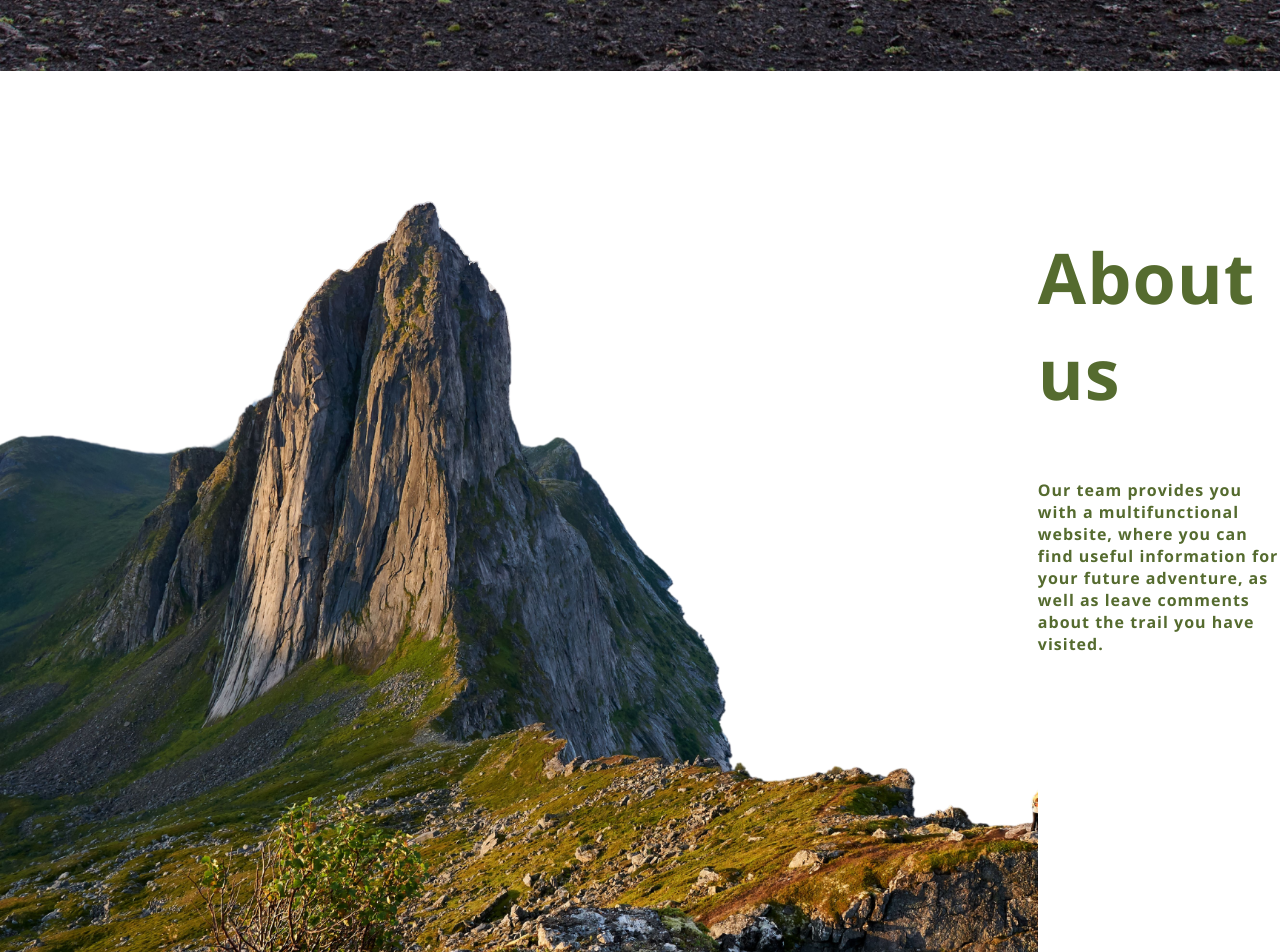
Repository: artembundin/travelrus.github.io
Page: index.html
These files come from the project's save history. The page is drawn as it stood at one moment and after a run of saves; the edit follows.
The browser window is 1280 px wide. The pictures show the part of the page from y = 2629 to 3581 px (the page is 4792 px tall).
A picture or video elsewhere on the page could not be fetched, so the positions and the page height are approximate. An inner scrolling area shows only its first screen. Backgrounds fixed to the window are drawn as part of the page. Some web fonts or font styles are not loaded; a fallback is used.

Above is the page before, as saved 2025-05-08 02:01:30.
Console error: TypeError: Cannot read properties of null (reading 'offsetTop')

### index.html
<!DOCTYPE html>
<html lang="en">
  <head>
    <meta charset="UTF-8" />
    <meta name="viewport" content="width=device-width, initial-scale=1.0" />
    <title>Document</title>
    <link rel="stylesheet" href="style.css" />
  </head>
  <body>
    <header class="header">
      <div class="container-header">
        <img src="icons/TRAIL TRIBE (3).svg" alt="" class="anim header-logo" />
        <ul class="header-list">
          <li><a class="active" href="/">HOME</a></li>
          <li><a href="#join">BLOG</a></li>
          <li><a href="#inf">DISCOVER</a></li>
          <li><a href="#aboutus">ABOUT AS</a></li>
        </ul>
      </div>
    </header>
    <main class="main">
      <section class="join" id='join'>
        <div class="join-container">
          <div class="text_section">
            <h2>Featured Items</h2>
            <p>
              These are some of the basic things that will be useful to you on a
              hike. See the full list on our blog.
            </p>
          </div>
          <a href="#" class="btn_list" id="newPageButton">BLOG</a>
        </div>
      </section>
      <section class="inf" id='inf'>
        <div class="inf-container">
          <h2 class="inf-caption animate-slidein">Find our most popular camps</h2>
          <div class="cards">
              <div class="cards-content">
                <a href="map.html#mapstore">
                  <img src="images/bvt.jpeg" alt="" class="img">
                </a>
                <div class="cards-text">
                  <h4 class="cards-title">The Big Valdai Trail</h4>
                  <p class="cards-sub-title">Its uniqueness lies in the change of ecological systems: spruce-fir forest, broad-leaved forest, pine forest.</p>
                </div>
              </div>
            <div class="cards-content">
              <a href="map.html#mapstore2">
                <img src="images/30.jpeg" alt="" class="img">
              </a>
              <div class="cards-text">
                <h4 class="cards-title">Through the Mountains to the Sea</h4>
                <p class="cards-sub-title">One of the oldest, most popular traveled tourist routes in the Soviet Union.</p>
              </div>
            </div>
            <div class="cards-content">
              <a href="map.html#mapstore3">
                <img src="images/btt.jpeg" alt="" class="img">
              </a>
              <div class="cards-text">
                <h4 class="cards-title">The Great Baikal Trail</h4>
                <p class="cards-sub-title">The trail will connect three national parks and three reserves.</p>
              </div>
            </div>
          </div>
        </div>
      </section>
      <section class="aboutus" id='aboutus'>
        <div class="aboutus-container">
          <div class="aboutus-image animate-slideleft"></div>
          <div class="aboutus-text animate-slideright">
            <h2 class="aboutus-title">About us</h2>
            <p class="aboutus-sub-title">Our team provides you with a multifunctional website, where you can find useful information for your future adventure, as well as leave comments about the trail you have visited.</p>
          </div>
        </div>
      </section>
      <section class="stuff-list">
      <h2 class="stuff-list-caption animate-appeir">That is useful for any hike</h2>
      <div class="item">
        <div class="stuff-list-container animate-appeir">
            <div class="stuff-item">
                    <p class="item1_title">Knife</p>
                    <img src="images/knife.svg" alt="/" id="item1">
            </div>
            <div class="stuff-item">
                    <p class="item2_title">Sleeping-bag</p>
                    <img src="images/sleepingbag.svg" alt="/" id="item2">
            </div>
            <div class="stuff-item">
                    <p class="item3_title">Tent</p>
                    <img src="images/tent.svg" alt="/" id="item3">
            </div>
          </div>
      </div>
    </section>
  </main>
  <script src="animation.js"></script>
  </body>
</html>




<!--<h2 class="stuff-list-caption">That is useful for any hike</h2>-->

### style.css
@font-face {
  font-family: 'OpenSans';
  src: url(fonts/OpenSans-Regular.woff2) format('woff2');
  font-weight: 400;
  font-style: normal;
  font-display: swap;
}
@font-face {
  font-family: 'OpenSans';
  src: url(fonts/OpenSans-Bold.woff2) format('woff2');
  font-weight: 700;
  font-style: normal;
  font-display: swap;
}


body {
  margin: 0;
  font-family: 'OpenSans';
  background-color: white;
  color: white;
  font-weight: 550;
}

ul {
  list-style: none;
  padding: 0;
  margin: 0;
}

a {
  text-decoration: none;
  color: white;
}

p {
  display: flex;
  /*animation: pfade linear both;
  animation-timeline: view();
  animation-range: entry 50% cover 50%;*/
}


h1, h2, h3, h4, h5, h6 {
  display: flex;
  /*animation: pfade linear both;
  animation-timeline: view();
  animation-range: entry 50% cover 50%;*/
}


/*@keyframes pfade {
  from {
    opacity: 0;
  }
  to {
    opacity: 1;
  }
} */

a {
  text-decoration: none;
}

/*Шапка*/

.header {
  position: relative;
  text-align: center;
  background-image: url(images/hiking3.jpeg);
  background-attachment: fixed;
  background-size: cover;
  background-position: center;
}

.container-header {
  display: flex;
  flex-direction: column;
  align-items: center;
  max-width: 1200px;
  height: 900px;
  margin-left: auto;
  margin-right: auto;
  overflow-x: hidden;
  padding: 0 15px;
}

.header-logo {
  width: 600px;
  height: 600px;
}



.header-img {
  position: absolute;
  width: 100%;
  height: auto;

  background-image: url(images/hiking3.jpeg);
  /*background-attachment: fixed;
    background-size: cover;
    background-position: center;*/
  z-index: -1;
}

.header-list {
  display: flex;
  gap: 40px;
  margin-top: -100px;
  text-decoration: underline;
  text-underline-offset: 10px;
  opacity: 0.6;
  font-weight: 600;
  font-size: 25px;
  letter-spacing: 3px;
}


/*СЕКЦИЯ 1*/

.main {
  display: inline;
}


.join {
  background-image: url('images/cloudmount.png');
  background-size: cover;
  background-repeat: no-repeat;
  animation: pfade linear both;
  animation-timeline: view();
  animation-range: entry 50% cover 50%;
}

@keyframes pfade {
  from {
    opacity: 0;
  }
  to {
    opacity: 1;
  }
}

.join-container {
  display: flex;
  max-width: 1500px;
  height: 900px;
  margin-left: auto;
  margin-right: auto;
  overflow-x: hidden;
  padding: 0 15px;
}


.text_section {
  width: 330px;
  height: 500px;
  padding: 100px;
  color: darkolivegreen;
}

.text_section p {
  letter-spacing: 1px;
}

.text_section h2 {
  font-size: 70px;
  font-weight: 700;
}

/*Кнопка*/

.btn_list {
  position: relative;
  text-align: center;
  padding: 5px 10px;
  width: 200px;
  height: 30px;
  top: 550px ;
  right: 430px;
  font-size: 20px;
  color: darkolivegreen;

  background-color: white;
  border-radius: 17px;
  box-shadow: 5px 5px 5px 3px #8a8a8a;
  cursor: pointer;
  transition: .3s;
}

.btn_list:active {
  transform: translateY(4px);
  box-shadow: 0 5px 0 darkgreen;
}


/*Конец кнопки*/



/*СЕКЦИЯ 2*/

.inf {
  background-image: url(images/holm.png);
  background-attachment: fixed;
  background-size: 1500px 900px;
  background-repeat: no-repeat;
  color: #AFD2F2;

}


.inf-caption {
  display: flex;
  justify-content: center;
  font-size: 60px;
  font-weight: 700;
  margin-top: 100px;
  margin-bottom: 200px;

  color: white;
}

@keyframes slidein {
  from {
    transform: translateX(-100%);
    opacity: 0;
  }
  to {
    transform: translateX(0);
    opacity: 1;
  }
}

.inf-caption.animate-slidein {
  animation: slidein;
  animation-duration: 2s;
  animation-timing-function: linear forwards;
  animation-iteration-count: 1;
}

.inf-container {
  max-width: 1500px;
  height: 900px;
  margin-left: auto;
  margin-right: auto;
  overflow-x: hidden;
  padding: 0 15px;
}

@keyframes fadein {
  from {
    opacity: 0;
  }
  to {
    opacity: 1;
  }
}

.cards {
  display: flex;
  justify-content: center;
  gap: 100px;
  animation: pfade linear both;
  animation-timeline: view();
  animation-range: entry 50% cover 50%;
}

.cards-content {
  display: flex;
  position: relative;
  justify-content: center;
  align-items: center;
  overflow: hidden;




  /*width: 400px;
  border-radius: 20px;
  margin-top: 200px;
  text-align: center;*/
}


.img {
  width: 400px;
  height: 300px;
  border: 3px solid #2E2C33;




  /*max-width: 100%;
  height: 350px;
  object-fit: cover;
  border-radius: 15px;*/
}

.cards-text {
  width: 200px;
  height: 200px;
  background-color: white;
  padding: 1.5rem 2rem;
  box-shadow: 0 8px 24px hsla(0, 0%, 0%, .15);
  border-radius: 1rem;
  position: absolute;
  bottom: -9rem;
  opacity: 0;
  transition: opacity 1s 1s;
}

.cards-title {
  font-size: 28px;
  font-weight: 700;
  margin-bottom: .75rem;
}



.cards-sub-title {
  font-size: 13px;
  font-weight: 400;

}

.cards-content:hover .cards-text{
  animation: show-text 1s forwards;
  opacity: 1;
  transition: opacity .3s;
}

.cards-content {
  animation-name: remove-overflow;
  animation: remove-overflow 2s forwards;

}

.cards-content:not(:hover) {
  animation: show-overflow 2s forwards;
}

.cards-content:not(:hover) .cards-text {
  animation: remove-text 1s forwards;
}

@keyframes show-text {
  50% {
    transform: translateY(-10rem);
  }
  100% {
    transform: translateY(-7rem);
  }
}

@keyframes remove-overflow {
  to {
    overflow: initial;
  }
}

@keyframes remove-text {
  0% {
    transform: translateY(-7rem);
  }
  50% {
    transform: translateY(-10rem);
  }
  100% {
    transform: translateY(.5rem);
  }
}

@keyframes show-overflow {
  0% {
    overflow: initial;
    pointer-events: none;
  }
  50% {
    overflow: hidden;
  }
}


/*СЕКЦИЯ 3 */



.aboutus {
  color: darkolivegreen;
}


.aboutus-container {
  display: flex;
  max-width: 1500px;
  height: 800px;
  margin-right: auto;
  overflow-x: hidden;
  margin-top: 100px;
  margin-bottom: 150px;
}


.aboutus-image {
  background-image: url(images/goraaa.png);
  background-size: cover;
  background-repeat: no-repeat;
  width: 1200px;
  height: 800px;
}

/*@keyframes slideleft {
  from{
    transform: translateX(-100%);
    opacity: 0;
  }
  to {
    transform: translate(0);
    opacity: 1;
  }
}

.aboutus-image.animate-slideleft {
  animation: slideleft;
  animation-duration: 5s;
  animation-timing-function: linear forwards;
  animation-iteration-count: 1;
}*/

.aboutus-text {
  width: 280px;
  height: 300px;
  m
  text-align: left;
  letter-spacing: 1px;
}

/*.aboutus-text.animate-slideright {
  animation: none;
  animation: slideright;
  animation-duration: 4s;
  animation-timing-function: linear forwards;
  animation-iteration-count: 1;
}

@keyframes slideright {
  from {
    transform: translateX(100%);
  }
  to {
    transform: translateX(0);
  }
}*/

.aboutus-title {
  font-size: 70px;
  justify-content: left;
}



/*СЕКЦИЯ 3*/


/*.cards {
  display: flex;
  justify-content: center;
  gap: 170px;
} карточки секция */

@keyframes appeir {
  from {
    opacity: 0;
  }
  to {
    opacity: 1;
  }
}

.stuff-list-caption {
  display: flex;
  justify-content: center;
  font-size: 65px;
  font-weight: 700;
  color: darkolivegreen;

}

.stuff-list-caption.animate-appeir {
  animation: appeir;
  animation-duration: 6s;
  animation-timing-function: linear forwards;
  animation-iteration-count: 1;
}

.stuff-list-container.animate-appeir {
  display: grid;
  grid-template-columns: 0.25fr 0.25fr;
  grid-template-rows: 600px 600px;
  gap: 20px;
  max-width: 1200px;
  height: 800px;
  margin-left: auto;
  margin-right: auto;
  overflow-x: hidden;
  margin-top: 100px;


    /*animation: appeir2 ;
    animation-duration: 1s;
    animation-timing-function: ease-in forwards;
    animation-delay: 1s;
    animation-iteration-count: 1;*/

}

/*@keyframes appeir2 {
  from {
    opacity: 0;
  }
  to {
    opacity: 1;
  }
}*/

.stuff-list {
  color: white;
}


.item {
  background-image: url(/images/sumka.png);
  background-size: 1300px 800px;
  background-repeat: no-repeat;
  background-position: center;
}


#item1 {
  background-color: lemonchiffon;
  position: relative;
  left: 490px;
  top: 160px;
}



#item2 {
  background-color: lightpink;
  position: relative;
  left: 390px;
  top: 130px;
}



#item3 {
  background-color: lightsteelblue;
  position: relative;
  left: 530px;
  bottom: 230px;
}

.item1_title {
  position: relative;
  left: 490px;
  top: 160px;
  font-size: 17px;
}

.item2_title {
  position: relative;
  left: 390px;
  top: 130px;
  font-size: 17px;
}

.item3_title {
  position: relative;
  left: 530px;
  bottom: 230px;
  font-size: 17px;
}

/* В конец файла добавим медиа-запросы */

/* Для планшетов */
@media screen and (max-width: 1024px) {
  .container-header {
    height: 700px;
  }

  .header-logo {
    width: 400px;
    height: 400px;
  }

  .header-list {
    font-size: 20px;
    gap: 20px;
  }

  .join-container {
    width: 100%;
    padding: 0 20px;
  }

  .text_section {
    padding: 50px;
  }

  .text_section h2 {
    font-size: 50px;
  }

  .cards {
    flex-wrap: wrap;
    gap: 50px;
  }

  .img {
    width: 300px;
    height: 225px;
  }

  .aboutus-container {
    flex-direction: column;
    height: auto;
  }

  .aboutus-image {
    width: 100%;
    height: 500px;
  }

  .aboutus-text {
    width: 100%;
    margin: 20px;
  }
}

/* Для мобильных устройств */
@media screen and (max-width: 768px) {
  .container-header {
    height: 500px;
  }

  .header-logo {
    width: 300px;
    height: 300px;
  }

  .header-list {
    font-size: 16px;
    gap: 15px;
    flex-direction: column;
  }

  .text_section h2 {
    font-size: 40px;
  }

  .btn_list {
    right: 200px;
  }

  .inf-caption {
    font-size: 40px;
    margin: 50px 0;
  }

  .cards-content {
    width: 100%;
  }

  .img {
    width: 100%;
    max-width: 300px;
  }

  .stuff-list-container {
    grid-template-columns: 1fr;
    grid-template-rows: auto;
  }

  #item1, #item2, #item3,
  .item1_title, .item2_title, .item3_title {
    left: 50%;
    transform: translateX(-50%);
    position: relative;
    top: 0;
    bottom: 0;
  }

  .stuff-list-caption {
    font-size: 40px;
    text-align: center;
  }
}

/* Для маленьких экранов */
@media screen and (max-width: 480px) {
  .header-logo {
    width: 200px;
    height: 200px;
  }

  .text_section {
    width: 100%;
    padding: 20px;
  }

  .text_section h2 {
    font-size: 30px;
  }

  .btn_list {
    width: 150px;
    right: 100px;
  }
}

.join,
.inf,
.aboutus,
.stuff-list {
  width: 100%;
  overflow-x: hidden;
}

### animation.js
window.addEventListener('scroll', function() {
    var infCaption = document.querySelector('.inf-caption');
    var infOffsetTop = infCaption.offsetTop;
    var windowHeight = window.innerHeight;
    var scrollTop = window.scrollY;

    if (scrollTop > infOffsetTop - windowHeight) {
    infCaption.classList.add('animate-slidein');
    }
    else {
    infCaption.classList.remove('animate-slidein');
    }
});

window.addEventListener('scroll', function() {
    var aboutusSection = document.querySelector('.aboutus');
    var aboutusOffsetTop = aboutusSection.offsetTop;
    var windowHeight = window.innerHeight;
    var scrollTop = window.scrollY;

    if (scrollTop > aboutusOffsetTop - windowHeight) {
    document.querySelector('.aboutus-image').classList.add('animate-slideleft');
    document.querySelector('.aboutus-text').classList.add('animate-slideright');
    }
    else {
    document.querySelector('.aboutus-image').classList.remove('animate-slideleft');
    document.querySelector('.aboutus-text').classList.remove('animate-slideright');
    }
});


window.addEventListener('scroll', function() {
    var stuffSection = document.querySelector('.stuff-list');
    var stuffOffsetTop = stuffSection.offsetTop;
    var windowHeight = window.innerHeight;
    var scrollTop = window.scrollY;

    if (scrollTop > stuffOffsetTop - windowHeight) {
    document.querySelector('.stuff-list-caption').classList.add('animate-appeir');
    }
    else {
    document.querySelector('.stuff-list-caption').classList.remove('animate-appeir');
    }
});

document.addEventListener('scroll', function() {
    var stuffSection = document.querySelector('.stuff-list-container');
    var windowHeight = window.innerHeight;
    var stuffOffsetTop = stuffSection.offsetTop;
    var scrollTop = window.scrollY;

    if (scrollTop > stuffOffsetTop - windowHeight) {
        stuffSection.classList.add('animate-appeir');
    } else {
        stuffSection.classList.remove('animate-appeir');
    }
});

document.addEventListener('scroll', function() {
    var footer = document.querySelector('.footer');
    var windowHeight = window.innerHeight;
    var footerOffsetTop = footer.offsetTop;
    var scrollTop = window.scrollY;

    if (scrollTop > footerOffsetTop - windowHeight) {
        footer.classList.add('animate-appeir-footer');
    } else {
        footer.classList.remove('animate-appeir-footer');
    }
});

document.addEventListener('scroll', function() {
    var socialContainer = document.querySelector('.social-container');
    var windowHeight = window.innerHeight;
    var socialContainerOffsetTop = socialContainer.offsetTop;
    var scrollTop = window.scrollY;

    if (scrollTop > socialContainerOffsetTop - windowHeight) {
        socialContainer.classList.add('animate-appeir3');
    } else {
        socialContainer.classList.remove('animate-appeir3');
    }
});

const newPageButton = document.getElementById('newPageButton');

newPageButton.addEventListener('click', function() {
    window.open('blog.html');
});

After the next 7 saves:
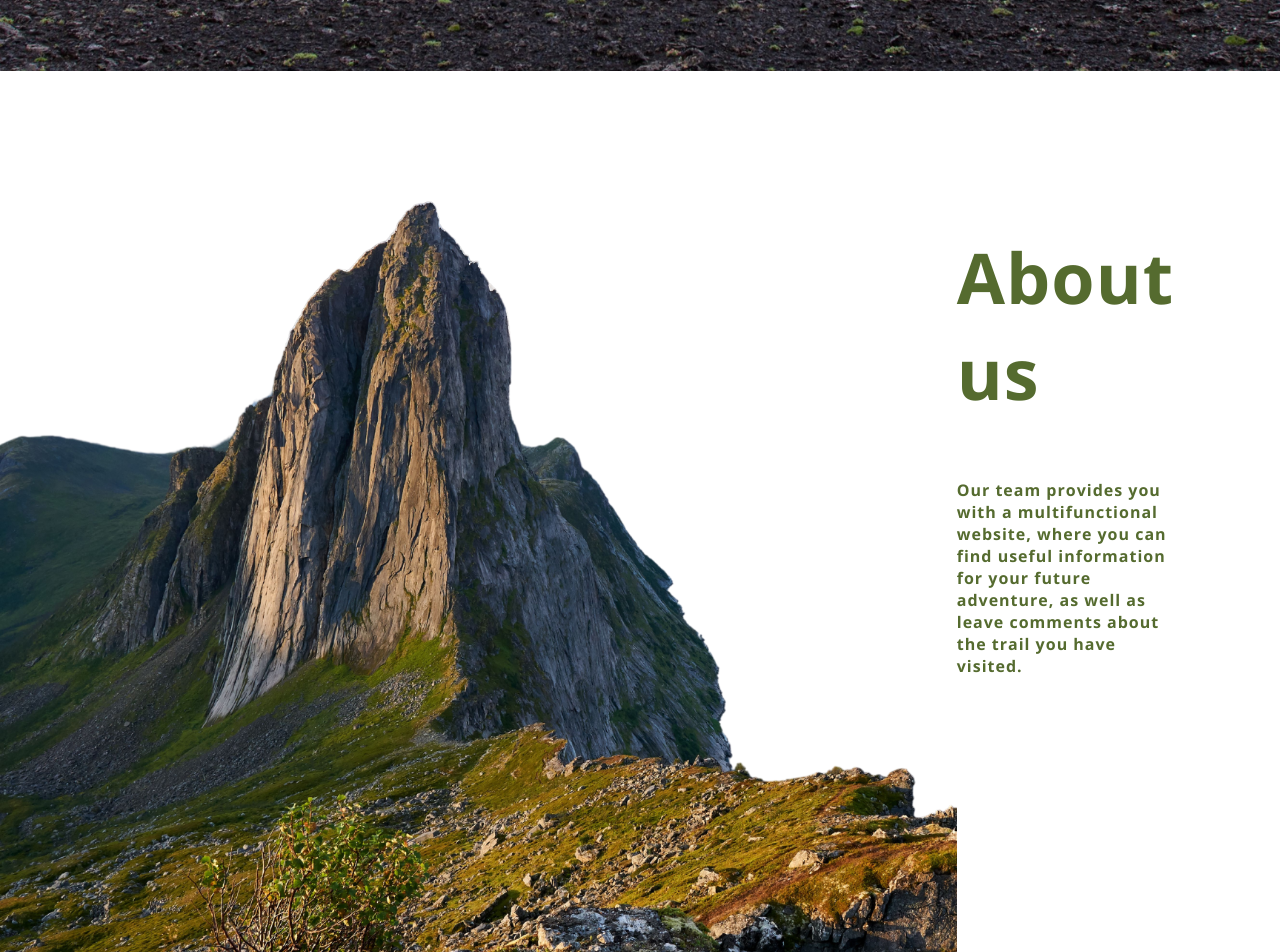
The 7 saves are shown as one change because they came seconds apart.
The last was saved 17 s later.
--- a/style.css
+++ b/style.css
@@ -432,7 +432,7 @@ a {
 .aboutus-text {
   width: 280px;
   height: 300px;
-  m
+  margin-right: 100px;
   text-align: left;
   letter-spacing: 1px;
 }
